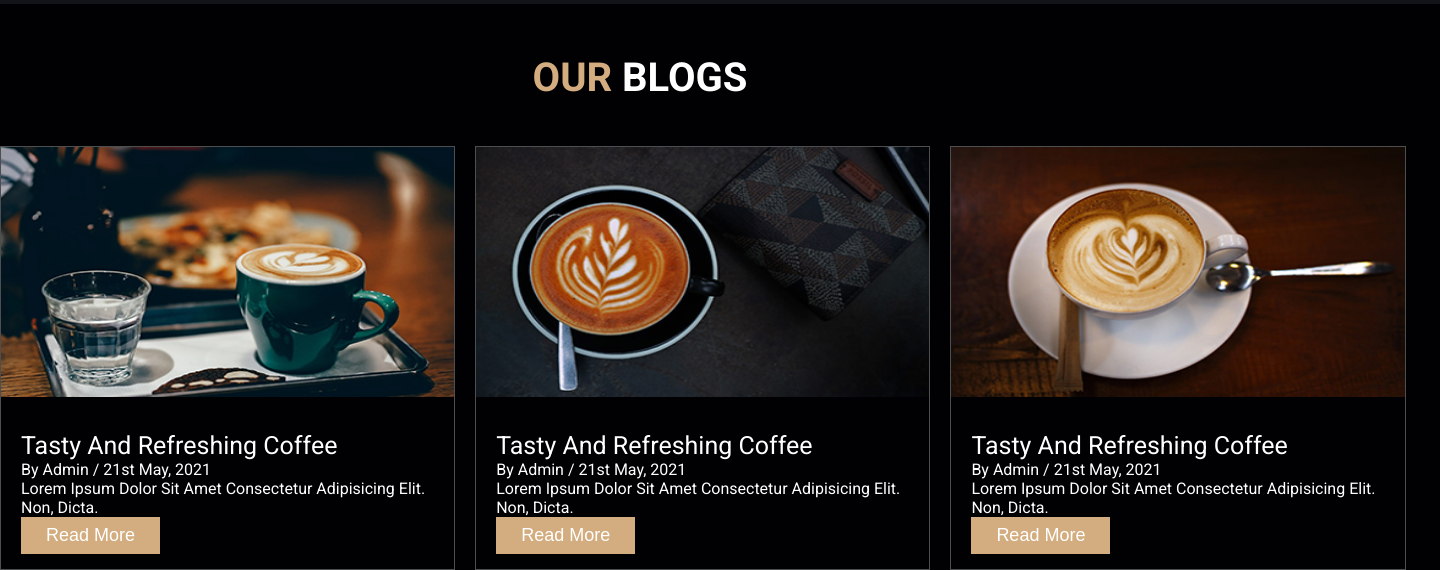
Repository: Dinhthai303/DinhThai
Page: index.html
An editor plug-in stored every save of this project. The page is shown before and after the next save, followed by the edit.
The browser window is 1280 px wide. The page is 1440 px wide, so the pictures cover 1440 px, including what lies to the right of the window. The pictures show the part of the page from y = 4258 to 4831 px (the page is 4828 px tall before and 4831 px after).

Above is the page before, as saved 2021-11-28 01:39:33.

After the next save:
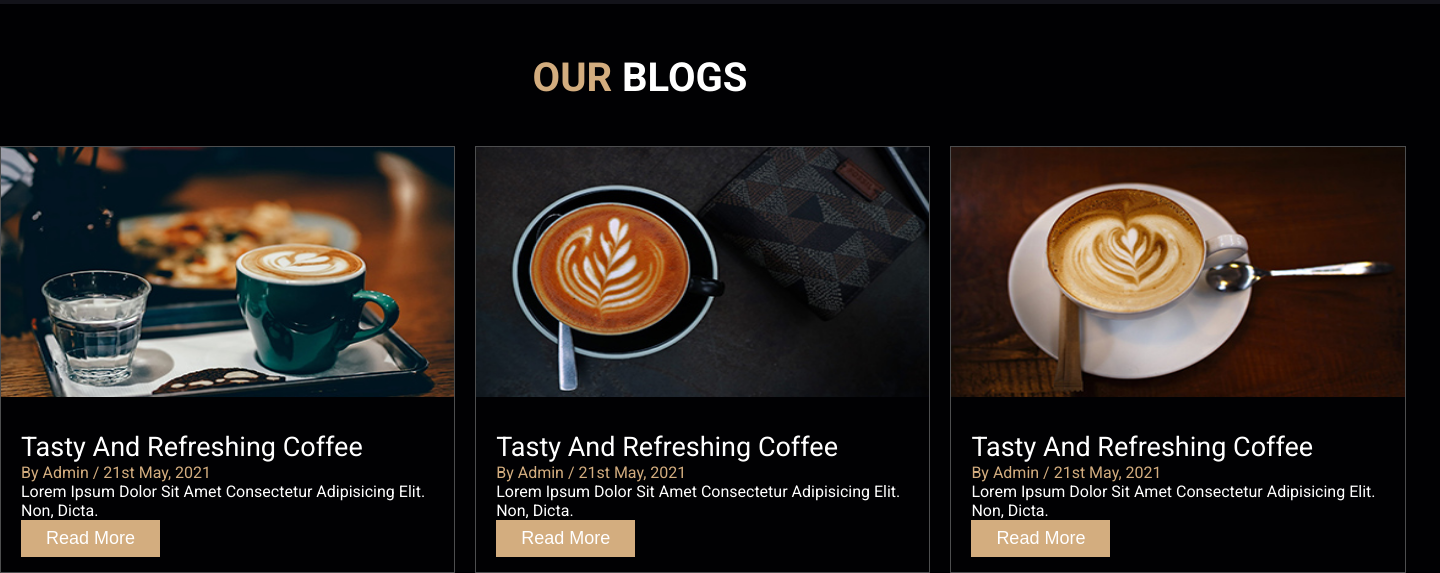
Saved 18 s later.
--- a/css/style.css
+++ b/css/style.css
@@ -300,6 +300,9 @@ body{
     padding: 30px 20px 15px;
 }
 .blog__title{
-    font-size: 25px;
+    font-size: 27px;
     font-weight: 400;
 }
+.blog__time{
+    color: #D3AD7F;
+}
